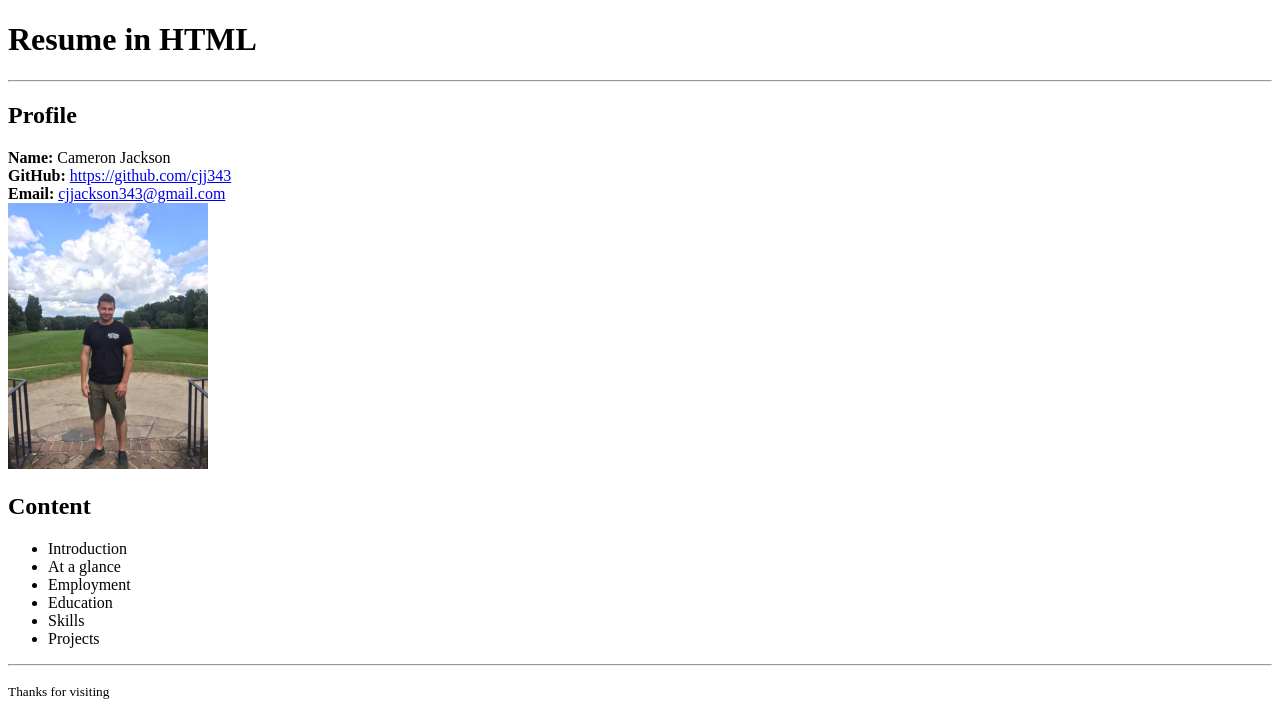
Repository: cjj343/html_resume
Page: index.html
The author's editor kept a record of every edit. The page is drawn from the files as they stood at one moment, then again after the next edit.
The browser window is 1280 px wide. The pictures show the whole page.

Above is the page before.

After the next edit:
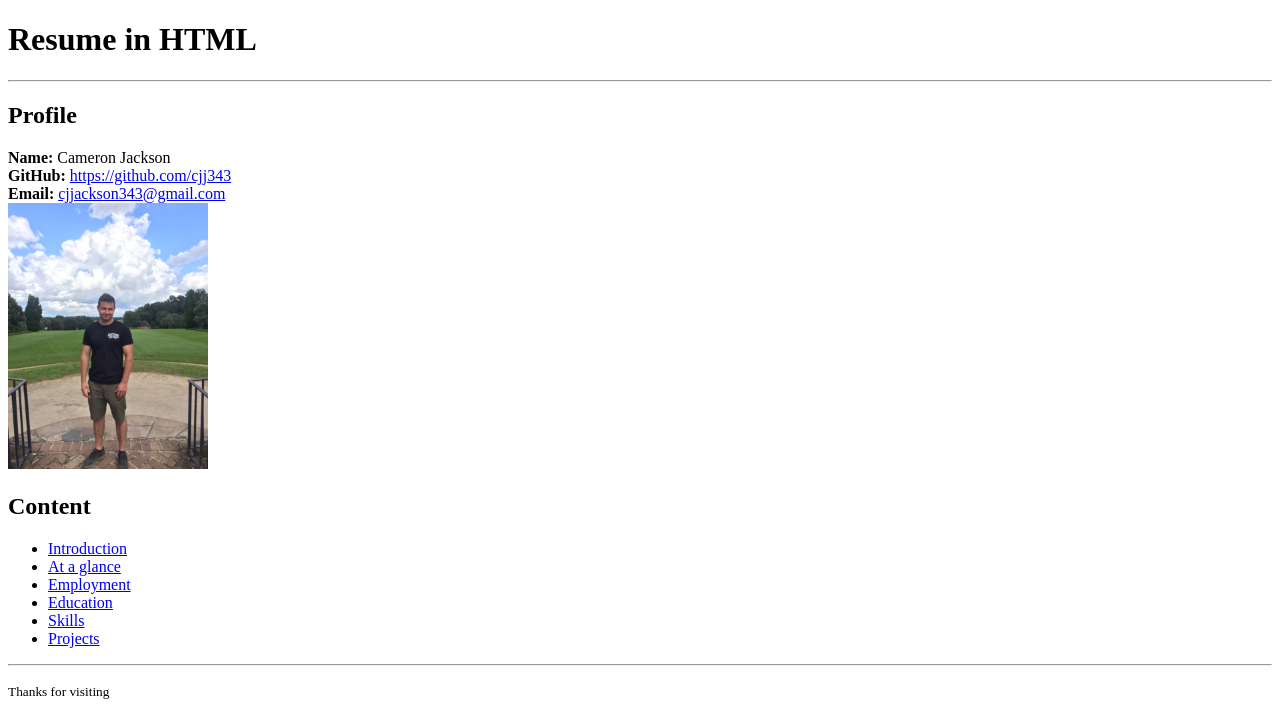
The edit:
--- a/index.html
+++ b/index.html
@@ -18,12 +18,12 @@
     <div>
         <h2>Content</h2>
         <ul>
-            <li><a href="introduction.html"></a>Introduction</li>
-            <li><a href="at_a_glance.html"></a>At a glance</li>
-            <li><a href="employment.html"></a>Employment</li>
-            <li><a href="education.html"></a>Education</li>
-            <li><a href="skills.html"></a>Skills</li>
-            <li><a href="projects.html"></a>Projects</li>
+            <li><a href="introduction.html">Introduction</a></li>
+            <li><a href="at_a_glance.html">At a glance</a></li>
+            <li><a href="employment.html">Employment</a></li>
+            <li><a href="education.html">Education</a></li>
+            <li><a href="skills.html">Skills</a></li>
+            <li><a href="projects.html">Projects</a></li>
         </ul>
     </div>
 
